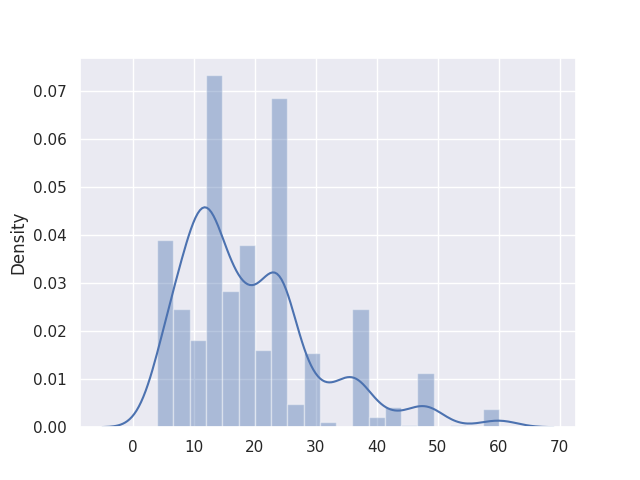
Repository: Suelt/Hust-SE-introduction-to-ML
Script's output: python Bayes Classification/Gaussian.py
An editor plug-in stored every save of this project. The script's output is shown before and after a run of saves, followed by the edit.
Random numbers start from a fixed seed.

Above is the script's output before, as saved 2021-04-28 11:15:33.

After the next 2 saves:
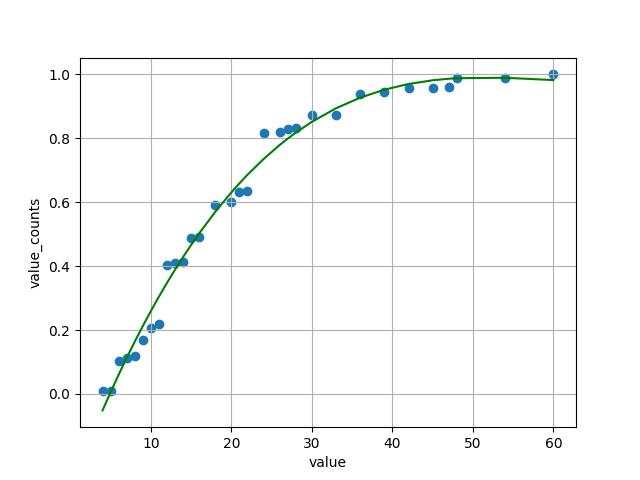
The 2 saves are shown as one change because 1 did not build or start.
The last was saved 12 min 14 s later.
--- a/Bayes Classification/Gaussian.py
+++ b/Bayes Classification/Gaussian.py
@@ -22,32 +22,32 @@ for value in values:
 
 
 
-# fig = plt.figure()
-# ax = fig.add_subplot()
-# x=[]
-# y=[]
+fig = plt.figure()
+ax = fig.add_subplot()
+x=[]
+y=[]
+for value in values:
+    x.append(value)
+    y.append(Gaussian_result[value])
+parameter = np.polyfit(x, y, 3)
+y2=[]
+
+for i in x:
+    y2_value = parameter[0] * i ** 3 + parameter[1] * i ** 2 + parameter[2] * i + parameter[3]
+    y2.append(y2_value)
+print(x)
+plt.scatter(x, y)
+plt.plot(x, y2, color='g')
+
 # for value in values:
-#     x.append(value)
-#     y.append(list_status.value_counts()[value])
-# parameter = np.polyfit(x, y, 3)
-# y2=[]
-
-# for i in x:
-#     y2_value = parameter[0] * i ** 3 + parameter[1] * i ** 2 + parameter[2] * i + parameter[3]
-#     y2.append(y2_value)
-# print(x)
-# plt.scatter(x, y)
-# plt.plot(x, y2, color='g')
-
-# # for value in values:
-# #     ax.scatter(value, list_status.value_counts()[value])
-# ax.set_xlabel('value')
-# ax.set_ylabel('value_counts')
-# plt.grid()
-# plt.show()
+#     ax.scatter(value, list_status.value_counts()[value])
+ax.set_xlabel('value')
+ax.set_ylabel('value_counts')
+plt.grid()
+plt.show()
 
 
-sns.set()
-x=list(df['duration'])
-sns.distplot(x)
-plt.show()
+# sns.set()
+# x=list(df['duration'])
+# sns.distplot(x)
+# plt.show()
